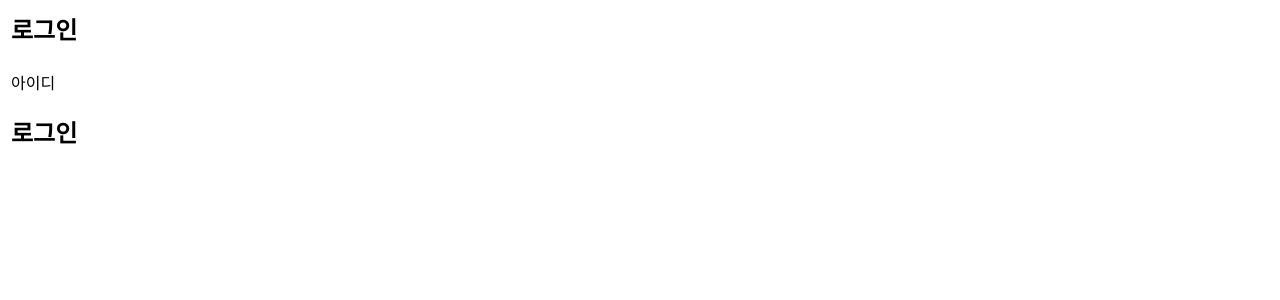
Repository: 99comcom/jsp-
Page: http://localhost/shop/user/login.jsp
The author's editor kept a copy of each file at every save. The page is drawn from the files as they stood at one save, then again after the next save.
The browser window is 1280 px wide. The pictures show the whole page.
The page is served by Tomcat 9. Nobody is signed in. The application's start-up code is not run.

Above is the page before, as saved 2022-08-22 00:10:37.

After the next save:
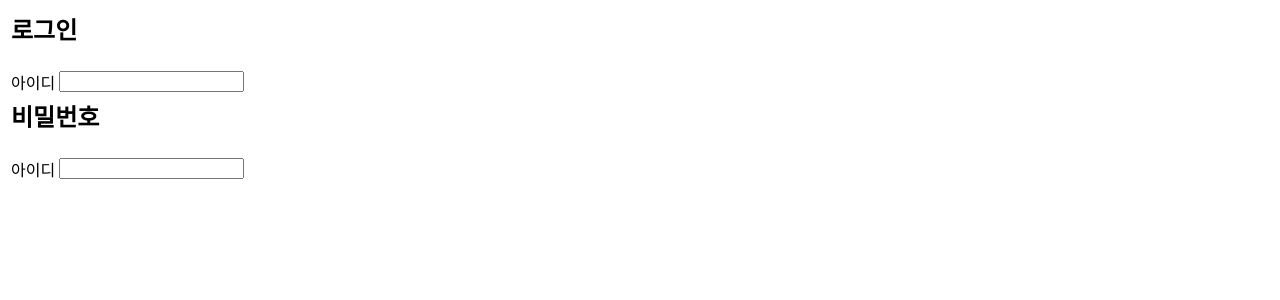
Saved 44 s later.
--- a/shop/src/main/webapp/user/login.jsp
+++ b/shop/src/main/webapp/user/login.jsp
@@ -7,7 +7,16 @@
 		</tr>
 
 		<tr>
-			<td>아이디<h2>로그인</h2></td>
+			<td>아이디</td>
+			<td><input type="text" name="uid"></td>
+		</tr>
+		<tr>
+			<td colspan="2"><h2>비밀번호</h2></td>
+		</tr>
+
+		<tr>
+			<td>아이디</td>
+			<td><input type="text" name="uid"></td>
 		</tr>
 
 
